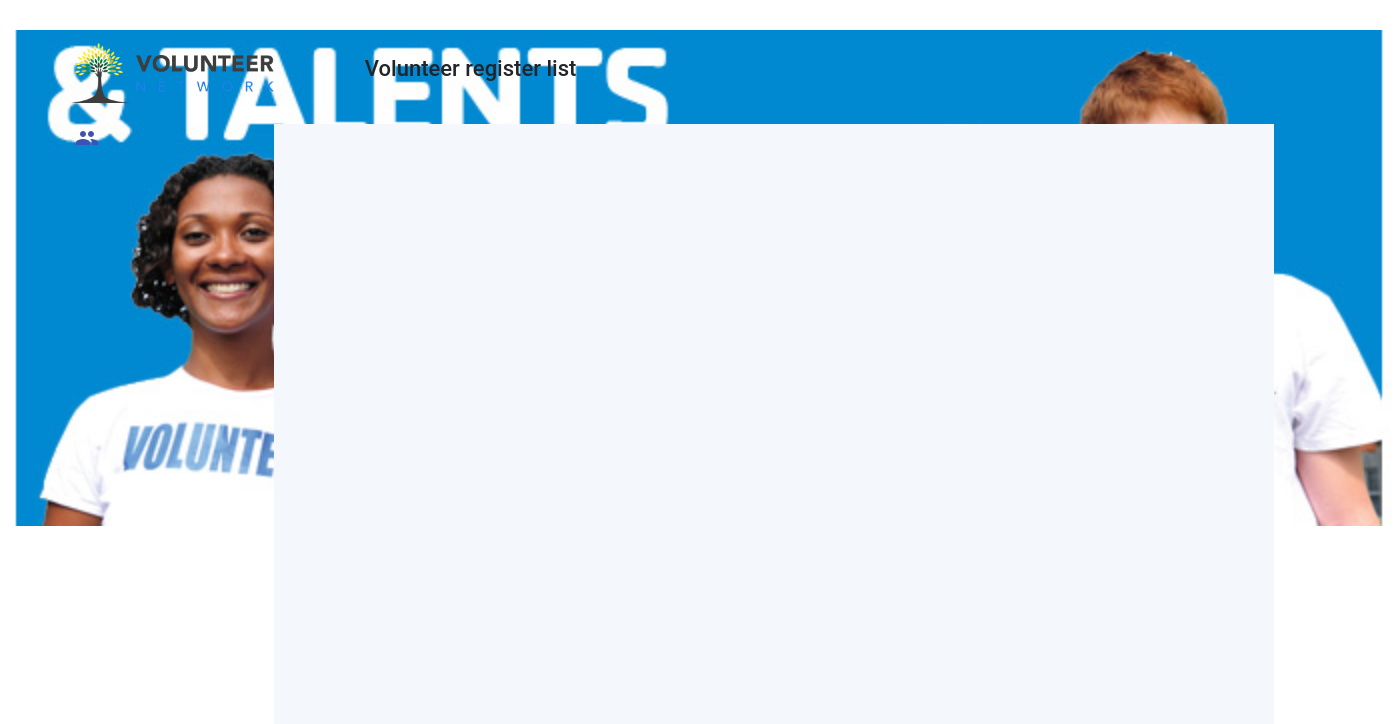
Repository: MdTahsinAmin/volunteer-network-client
Page: /adminPanel
An editor plug-in stored every save of this project. The page is shown before and after the next save, followed by the edit.
The browser window is 1280 px wide. The page is 1400 px wide, so the pictures cover 1400 px, including what lies to the right of the window. The pictures show the whole page.
The project was rebuilt for these pictures with package versions that can differ from the ones it lists, and the page was loaded fresh each time.

Above is the page before, as saved 2020-10-04 23:24:21.

After the next save:
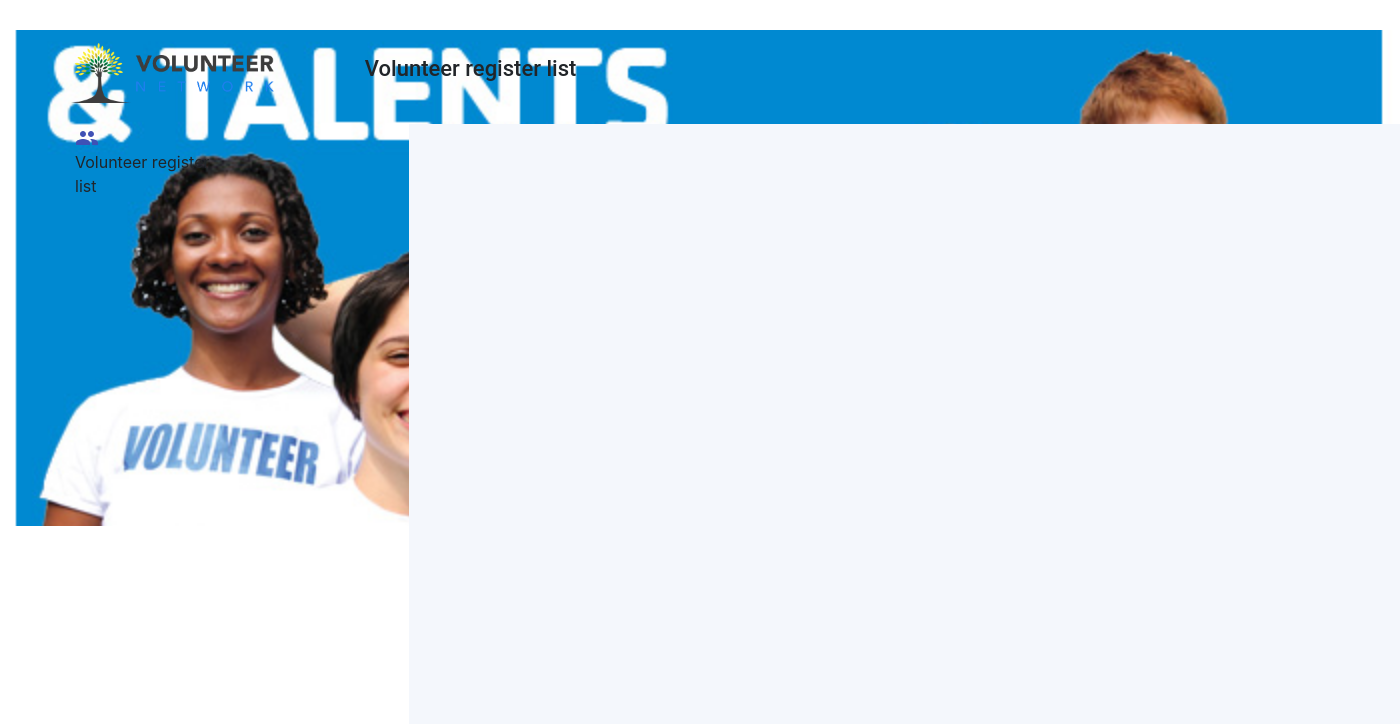
Saved 14 s later.
--- a/src/components/AdminPanel/AdminPanel.js
+++ b/src/components/AdminPanel/AdminPanel.js
@@ -5,7 +5,7 @@
     return (
         <div className="adminPanel-section">
             <div className="section-panel">
-               <GroupIcon color="primary"><p>Volunteer register list</p></GroupIcon>
+               <GroupIcon color="primary"></GroupIcon><p>Volunteer register list</p>
             </div>
             <div className='Volunteer-list'>
 
